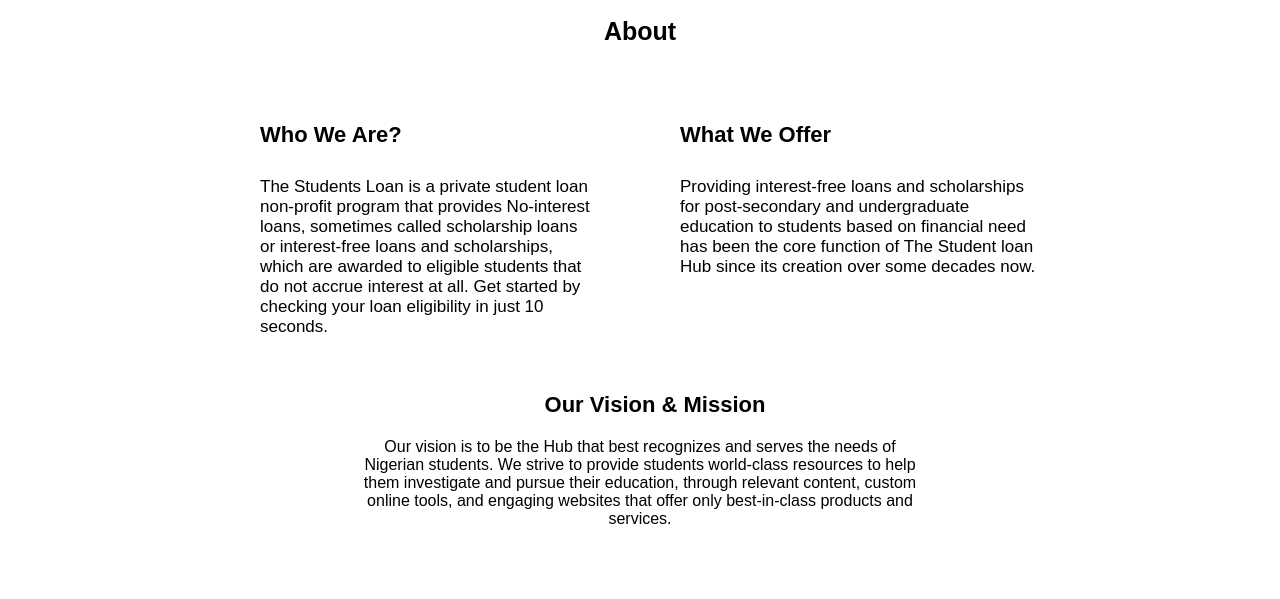
Repository: Tobby004/basic-loanweb
Page: about.html
The author's editor kept a copy of each file at every save. The page is drawn from the files as they stood at one save, then again after the next save.
The browser window is 1280 px wide. The pictures show the whole page.

Above is the page before, as saved 2023-07-05 10:10:50.

After the next save:
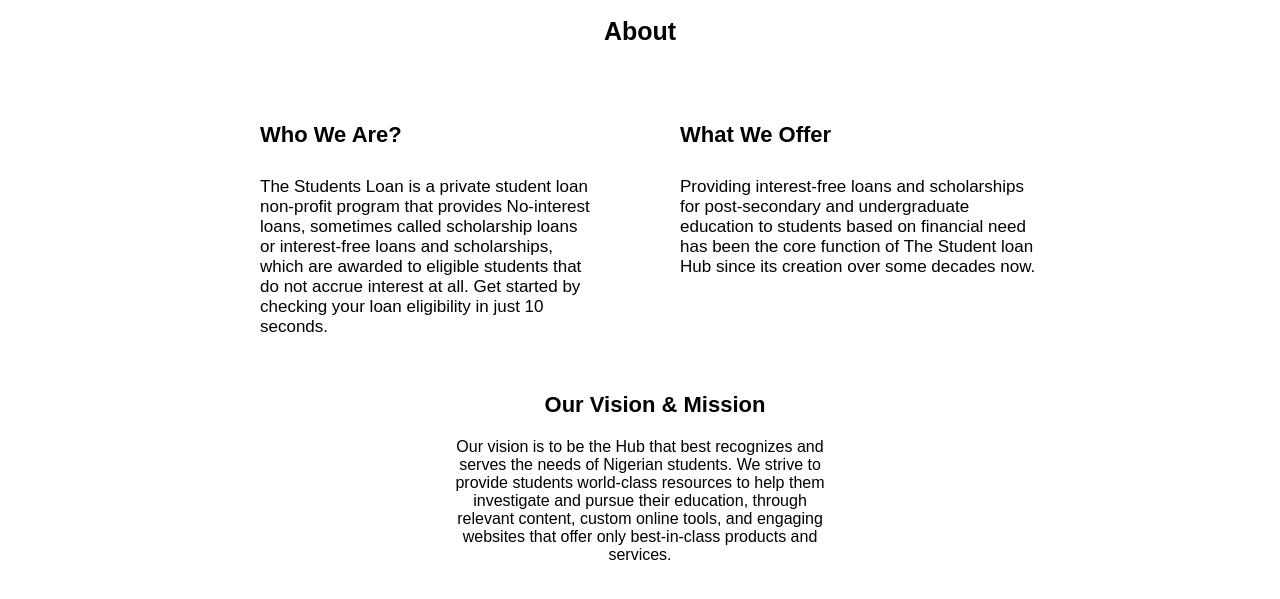
Saved 4 min 1 s later.
--- a/about.css
+++ b/about.css
@@ -45,7 +45,7 @@ h1 {
 .box{
     margin: auto;
     height: 220px;
-    width: 570px;
+    width: 370px;
     background: #ffffff;
 }
 .box h4 {
